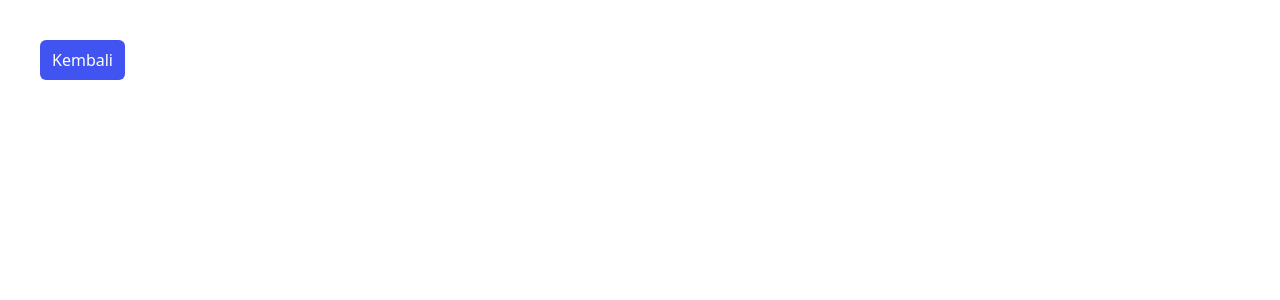
Repository: whytrno/sinovi-products
Page: /products
An editor plug-in stored every save of this project. The page is shown before and after the next save, followed by the edit.
The browser window is 1280 px wide. The pictures show the whole page.
The project was rebuilt for these pictures with package versions that can differ from the ones it lists, and the page was loaded fresh each time. The framework's server and built-in components were replaced by stand-ins that run in the browser. Also part of the build but not shown: next.config.js.

Above is the page before, as saved 2023-02-25 00:06:18.

### pages/products.js
import BackIcon from "@/components/Icon/BackIcon";
import Link from "next/link";

export default function Products() {
    return (
        <div className="p-10">
            {/* <Link href="/" className="rounded-md p-4 bg-primary text-white">
                <BackIcon />
                <p>Kembali</p>
            </Link> */}
            <Link href="/" className="bg-[#4154F1] flex gap-3 items-center w-min whitespace-nowrap text-white rounded-md py-2 px-3">
                <p>Kembali</p>
            </Link>
        </div>
    )
}

### tailwind.config.js
/** @type {import('tailwindcss').Config} */
module.exports = {
  content: [
    "./app/**/*.{js,ts,jsx,tsx}",
    "./pages/**/*.{js,ts,jsx,tsx}",
    "./components/**/*.{js,ts,jsx,tsx}"
  ],
  theme: {
    extend: {
      colors: {
        primary: "#03338D",
        secondary: "#4154F1",
        title: "#192A48",
        paragraph: "#444444"
      },
    },
    plugins: [],
  }
}

### components/Icon/BackIcon.js
export default function BackIcon() {
    return (
        <svg xmlns="http://www.w3.org/2000/svg" viewBox="0 0 24 24" fill="currentColor" className="w-6 h-6">
            <path fillRule="evenodd" d="M7.72 12.53a.75.75 0 010-1.06l7.5-7.5a.75.75 0 111.06 1.06L9.31 12l6.97 6.97a.75.75 0 11-1.06 1.06l-7.5-7.5z" clipRule="evenodd" />
        </svg>
    )
}

Loaded but not shown: pages/_app.js (common file); pages/_document.js (common file); styles/globals.css (common file)

After the next save:
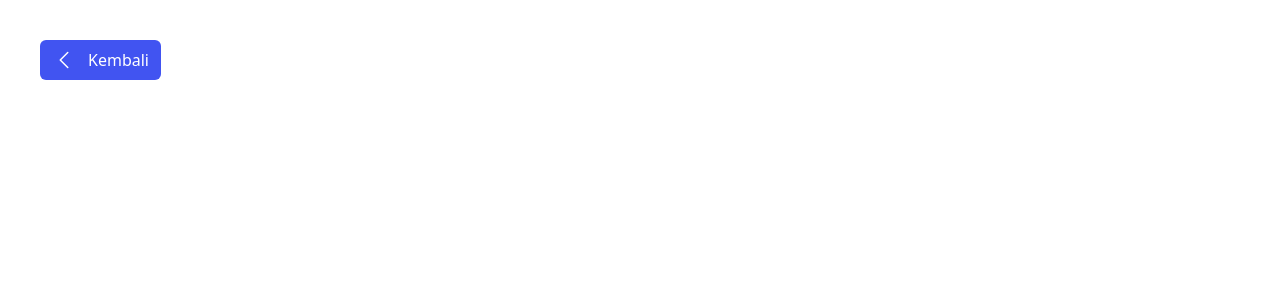
Saved 11 s later.
--- a/pages/products.js
+++ b/pages/products.js
@@ -4,11 +4,8 @@
 export default function Products() {
     return (
         <div className="p-10">
-            {/* <Link href="/" className="rounded-md p-4 bg-primary text-white">
+            <Link href="/" className="bg-[#4154F1] flex gap-3 items-center w-min whitespace-nowrap text-white rounded-md py-2 px-3">
                 <BackIcon />
-                <p>Kembali</p>
-            </Link> */}
-            <Link href="/" className="bg-[#4154F1] flex gap-3 items-center w-min whitespace-nowrap text-white rounded-md py-2 px-3">
                 <p>Kembali</p>
             </Link>
         </div>
